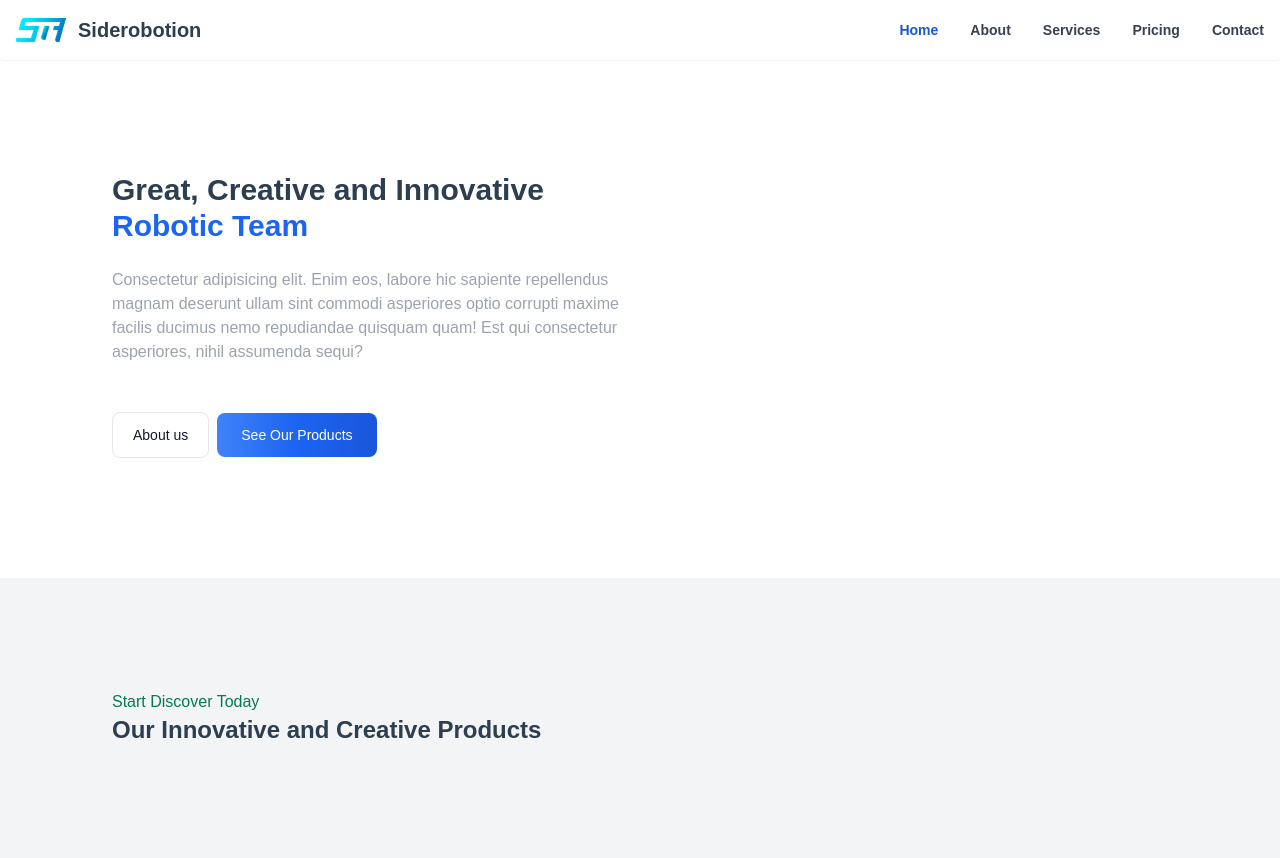
Repository: khulqu15/siderobotion
Page: /
An editor plug-in stored every save of this project. The page is shown before and after the next save, followed by the edit.
The browser window is 1280 px wide. The pictures show the whole page.
The project was rebuilt for these pictures with package versions that can differ from the ones it lists, and the page was loaded fresh each time. Also part of the build but not shown: vue.config.js.

Above is the page before, as saved 2022-06-12 02:22:57.

After the next save:
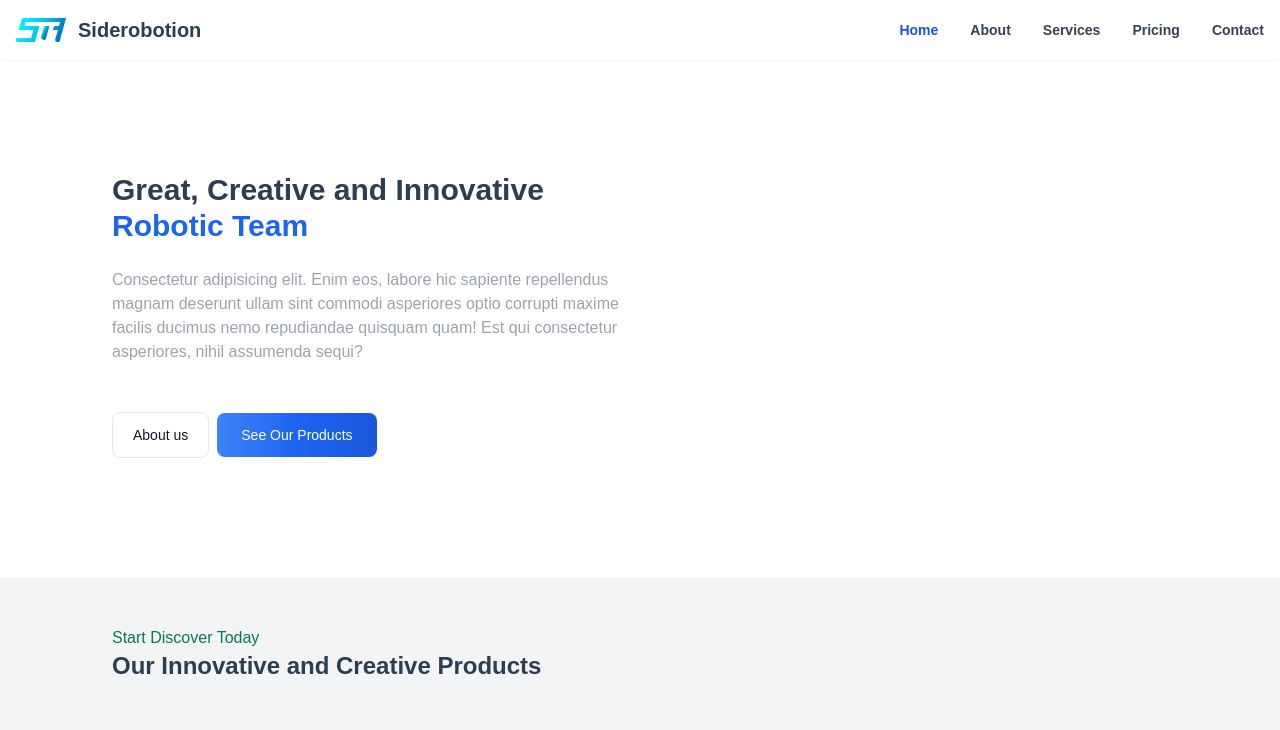
Saved 8 s later.
--- a/src/views/HomeView.vue
+++ b/src/views/HomeView.vue
@@ -10,7 +10,7 @@
       </div>
     </div>
 
-    <div class="p-28 bg-gray-100">
+    <div class="px-28 py-12 bg-gray-100">
       <div class="text-start">
         <p class="text-green-600">Start Discover Today</p>
         <h1 class="text-2xl font-semibold">Our Innovative and Creative Products</h1>
